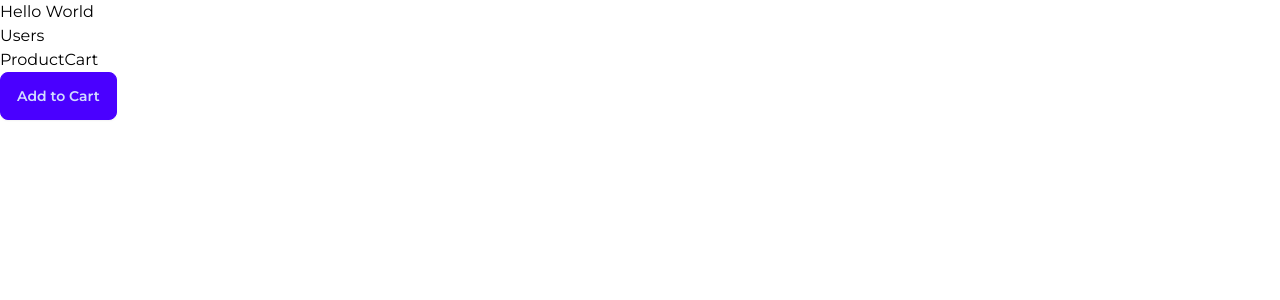
Repository: Yakyaz/myWebsite
Page: /
An editor plug-in stored every save of this project. The page is shown before and after the next save, followed by the edit.
The browser window is 1280 px wide. The pictures show the whole page.
The project was rebuilt for these pictures with package versions that can differ from the ones it lists, and the page was loaded fresh each time. The framework's server and built-in components were replaced by stand-ins that run in the browser. Also part of the build but not shown: next.config.js.

Above is the page before, as saved 2023-12-01 23:17:16.

### app/layout.tsx
import type { Metadata } from "next";
import { Montserrat } from "next/font/google";
import "./globals.css";

const montserrat = Montserrat({ subsets: ["latin"] });

export const metadata: Metadata = {
  title: "Create Next App",
  description: "Generated by create next app",
};

export default function RootLayout({
  children,
}: {
  children: React.ReactNode;
}) {
  return (
    <html lang="en">
      <body className={montserrat.className}>{children}</body>
    </html>
  );
}

### app/page.tsx
import ProductCart from "./components/ProductCart";
import Link from "next/link";

export default function Home() {
  return (
    <main>
      <h1 className=" text-black">Hello World</h1>
      <Link href="/users" className=" text-black">
        Users
      </Link>
      <ProductCart />
    </main>
  );
}

### app/globals.css
@tailwind base;
@tailwind components;
@tailwind utilities;

:root {
  --foreground-rgb: 0, 0, 0;
}

html,
body {
  height: 100%;
  /* Setze die Höhe auf 100% für den gesamten Bildschirm */
  margin: 0;
  /* Entferne den Standardabstand des Body-Elements */
}

body {
  color: rgb(var(--foreground-rgb));
  background-color: white;

}

### app/components/ProductCart.tsx
import AddToCart from "./AddToCart";
import React from "react";

const ProductCart = () => {
  return (
    <div className="text-black">
      <p> ProductCart</p>
      <AddToCart />
    </div>
  );
};

export default ProductCart;

### app/components/AddToCart.tsx
"use client";
import React from "react";

const AddToCart = () => {
  return (
    <div>
      <button className="btn btn-primary" onClick={() => console.log("click")}>
        Add to Cart
      </button>
    </div>
  );
};

export default AddToCart;

### tailwind.config.ts
import type { Config } from "tailwindcss";

const config: Config = {
  content: [
    "./pages/**/*.{js,ts,jsx,tsx,mdx}",
    "./components/**/*.{js,ts,jsx,tsx,mdx}",
    "./app/**/*.{js,ts,jsx,tsx,mdx}",
  ],
  theme: {
    extend: {
      backgroundImage: {
        "gradient-radial": "radial-gradient(var(--tw-gradient-stops))",
        "gradient-conic":
          "conic-gradient(from 180deg at 50% 50%, var(--tw-gradient-stops))",
      },
    },
  },
  plugins: [require("daisyui")],
  daisyui: {
    themes: ["light", "night", "cupcake"],
  },
};
export default config;

After the next save:
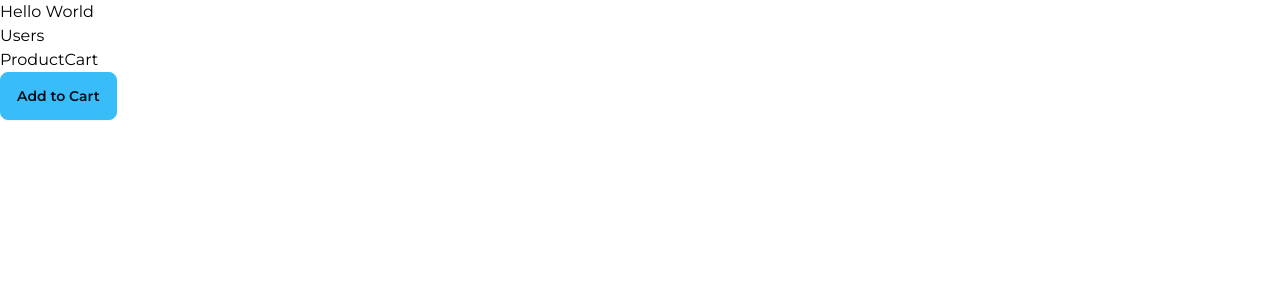
Saved 53 s later.
--- a/app/layout.tsx
+++ b/app/layout.tsx
@@ -15,7 +15,7 @@ export default function RootLayout({
   children: React.ReactNode;
 }) {
   return (
-    <html lang="en">
+    <html lang="en" data-theme="night">
       <body className={montserrat.className}>{children}</body>
     </html>
   );
